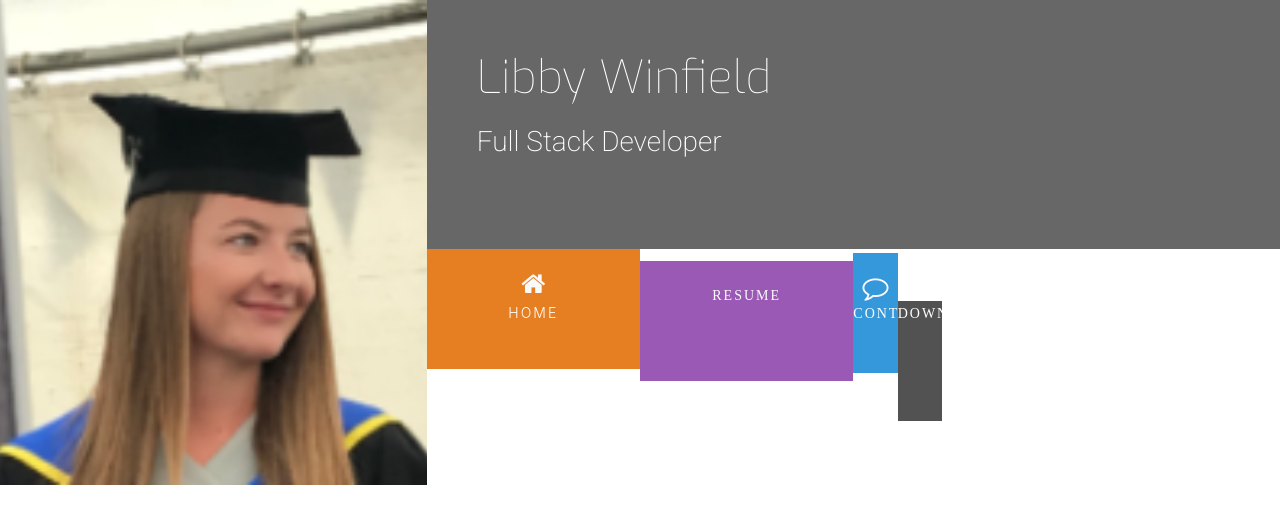
Repository: LibbyWin/CV
Page: index.html
The author's editor kept a record of every edit. The page is drawn from the files as they stood at one moment, then again after the next edit.
The browser window is 1280 px wide. The pictures show the whole page.

Above is the page before.

After the next edit:
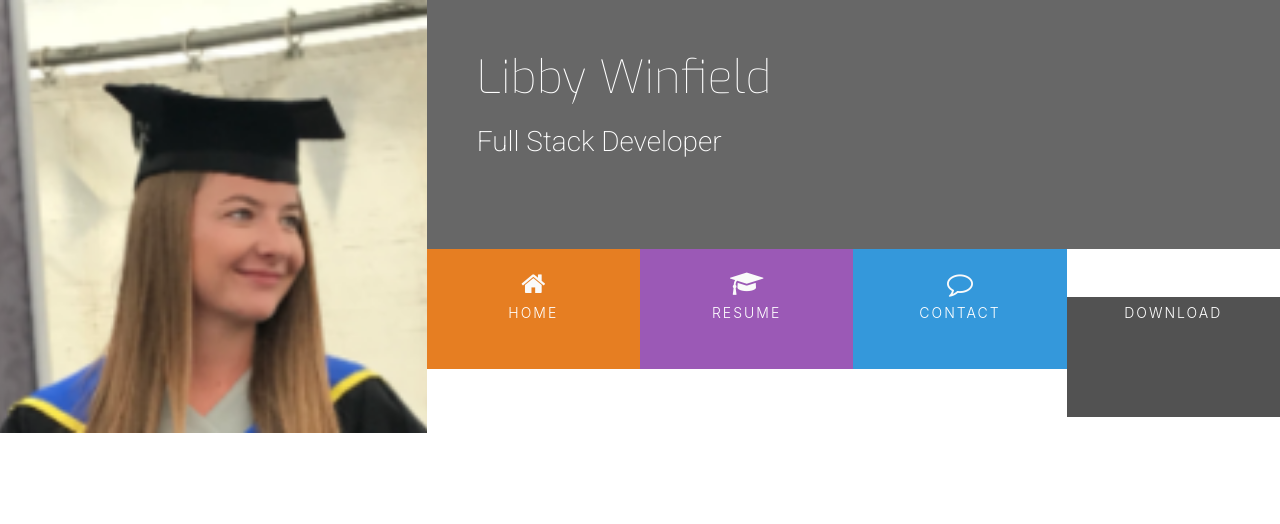
The edit:
--- a/index.html
+++ b/index.html
@@ -33,7 +33,7 @@
                                 <a href="#"><i class="fa fa-home" aria-hidden_"true"></i><span>Home</span></a>
                             </li>
                             <li class="col-6 col-sm-3 ui-menu-color-resume list-inline-item menuitem">
-                                <a href="#"><i class="fa" aria-hidden_"true"><span>Resume</span></a>
+                                <a href="#"><i class="fa fa-graduation-cap" aria-hidden="true"></i><span>Resume</span></a>
                             </li>
                             <li class="col-6 col-sm-3 ui-menu-color-contact list-inline-item menuitem">
                                 <a href="#"><i class="fa fa-comment-o" aria-hidden="true"></i><span>Contact</span></a>
